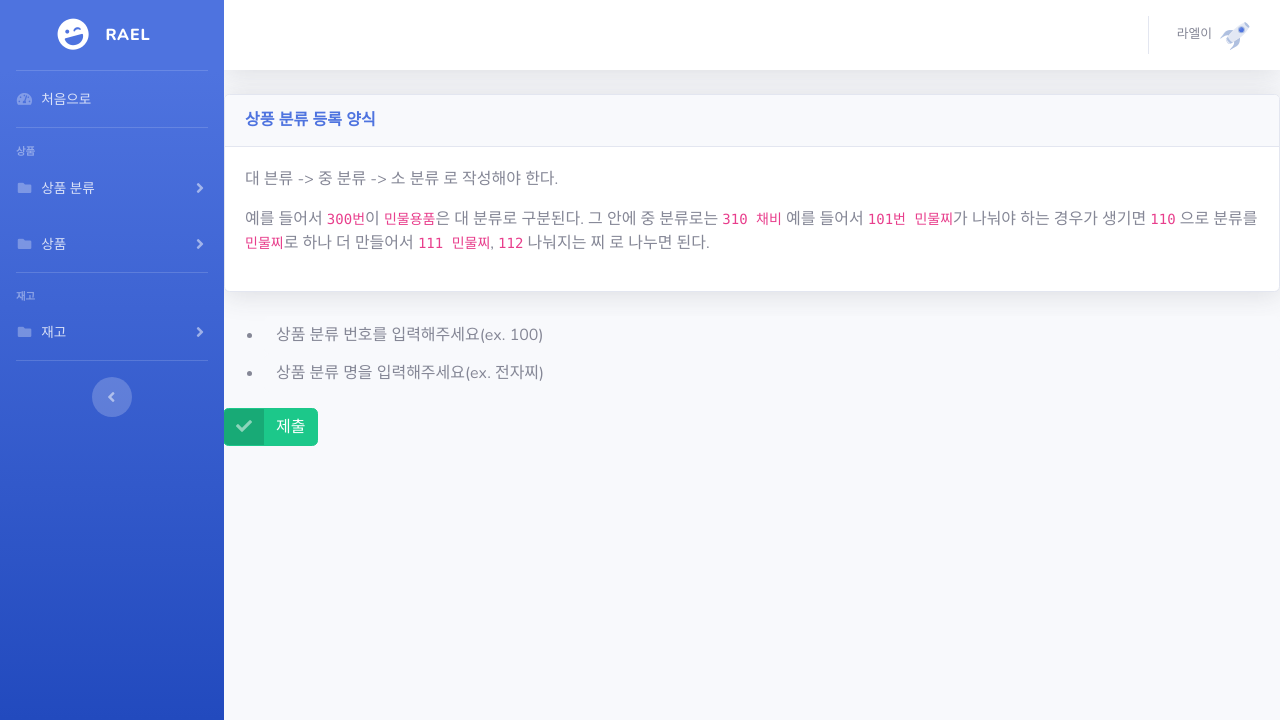
Repository: sww232/springRaelProject
Page: http://localhost/rael/WEB-INF/views/product/category_insert.jsp
These files come from the project's save history. The page is drawn as it stood at one moment and after the next save; the edit follows.
The browser window is 1280 px wide. The pictures show the whole page.
The page is served by Tomcat 9. Nobody is signed in. The template is opened directly, without the code that normally fills it, so the values that code supplies are empty.

Above is the page before, as saved 2022-10-06 19:13:24.

After the next save:
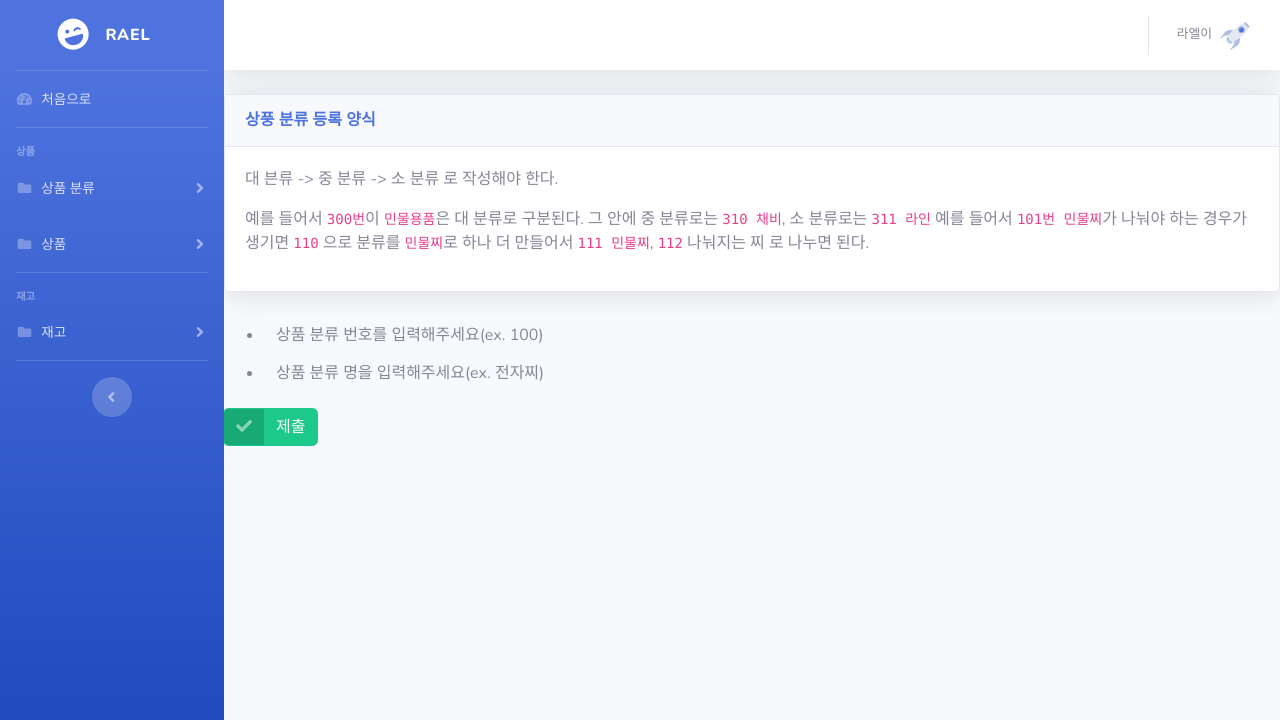
Saved 32 s later.
--- a/raelproject3/rael/src/main/webapp/WEB-INF/views/product/category_insert.jsp
+++ b/raelproject3/rael/src/main/webapp/WEB-INF/views/product/category_insert.jsp
@@ -325,7 +325,7 @@
 					<p>
 						예를 들어서 <code>300번</code>이 <code>민물용품</code>은 대 분류로 구분된다.
 						그 안에 중 분류로는
-						<code>310 채비</code>
+						<code>310 채비</code>, 소 분류로는 <code>311 라인</code>
 						예를 들어서 <code>101번 민물찌</code>가 나눠야 하는 경우가 생기면
 						<code>110</code> 으로 분류를 <code>민물찌</code>로 하나 더 만들어서
 						<code>111 민물찌</code>, <code>112</code> 나눠지는 찌 로 나누면 된다.
